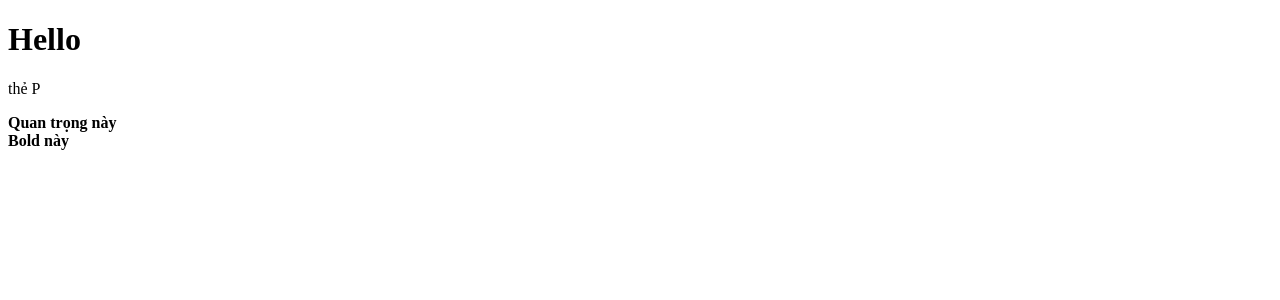
Repository: huyennvo/ptcudw
Page: lesson2/index.html
The author's editor kept a copy of each file at every save. The page is drawn from the files as they stood at one save, then again after the next save.
The browser window is 1280 px wide. The pictures show the whole page.

Above is the page before, as saved 2022-08-08 08:05:28.

### lesson2/index.html
<!DOCTYPE html>
<!-- đọc file html -->
<html lang="en">
    <!-- bắt đầu thẻ html -->
<head>
    <!-- phần đầu -->
    <meta charset="UTF-8">
    <!-- hiển thị tiếng việt -->
    <meta http-equiv="X-UA-Compatible" content="IE=edge">
    <meta name="viewport" content="width=device-width, initial-scale=1.0">
    <!-- Mô tả hoặc các liên kết khác -->
    <title>Hello Lập trình Web</title>
    <!-- tiêu đề tài liệu -->
</head>
<body>
    <!-- phần thân -->
    <!-- gồm nội dung chính -->
    <h1>Hello</h1>
    <!--Nội dung content-->
    <p>thẻ P</p>
    <strong>Quan trọng này</strong>
    <br>
    <b>Bold này</b>
</body>
</html>

After the next save:
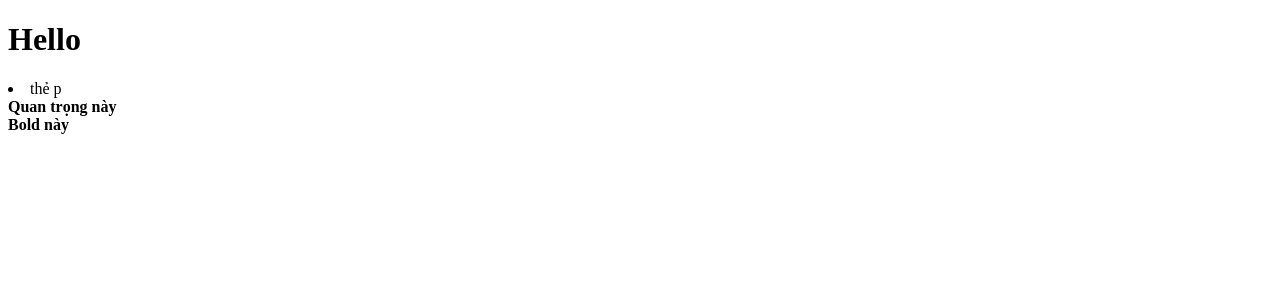
Saved 17 s later.
--- a/lesson2/index.html
+++ b/lesson2/index.html
@@ -17,7 +17,7 @@
     <!-- gồm nội dung chính -->
     <h1>Hello</h1>
     <!--Nội dung content-->
-    <p>thẻ P</p>
+    <li>thẻ p</li>
     <strong>Quan trọng này</strong>
     <br>
     <b>Bold này</b>
